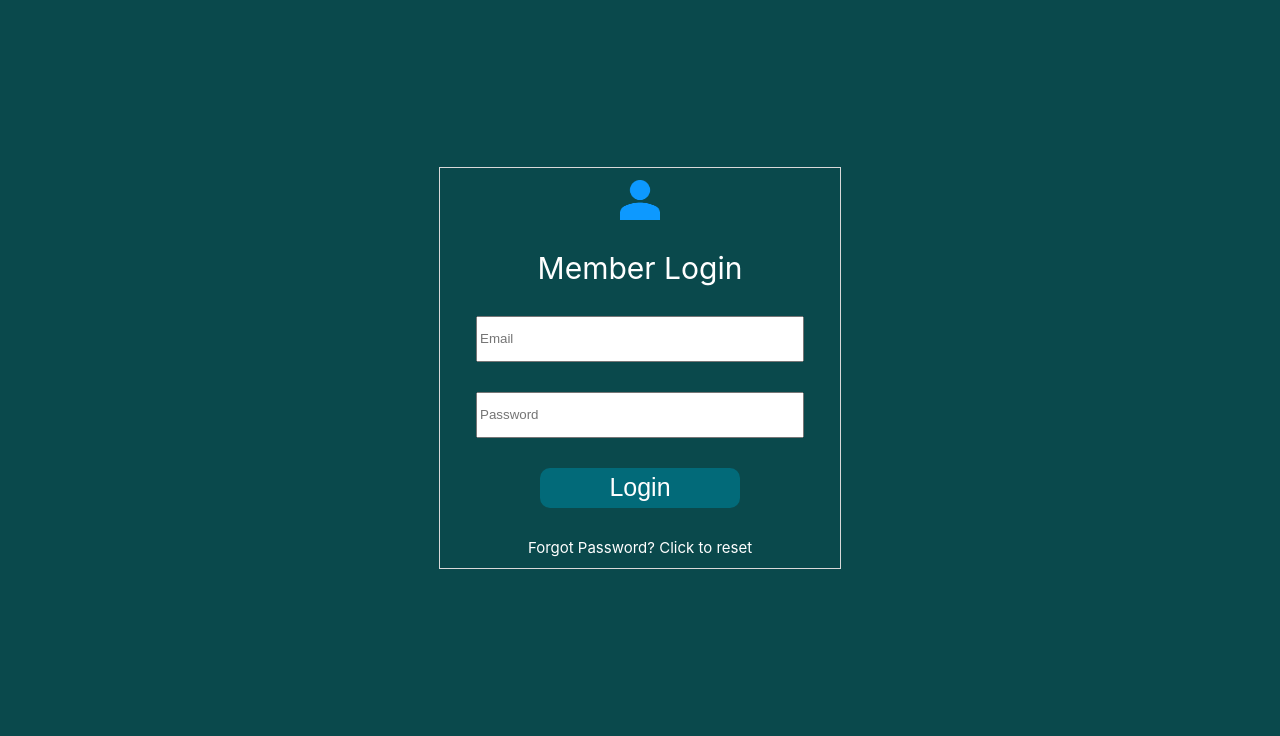
Repository: sheddy1/peter1
Page: work2.html
The author's editor kept a copy of each file at every save. The page is drawn from the files as they stood at one save, then again after the next save.
The browser window is 1280 px wide. The pictures show the whole page.

Above is the page before, as saved 2025-11-08 15:57:48.

After the next save:
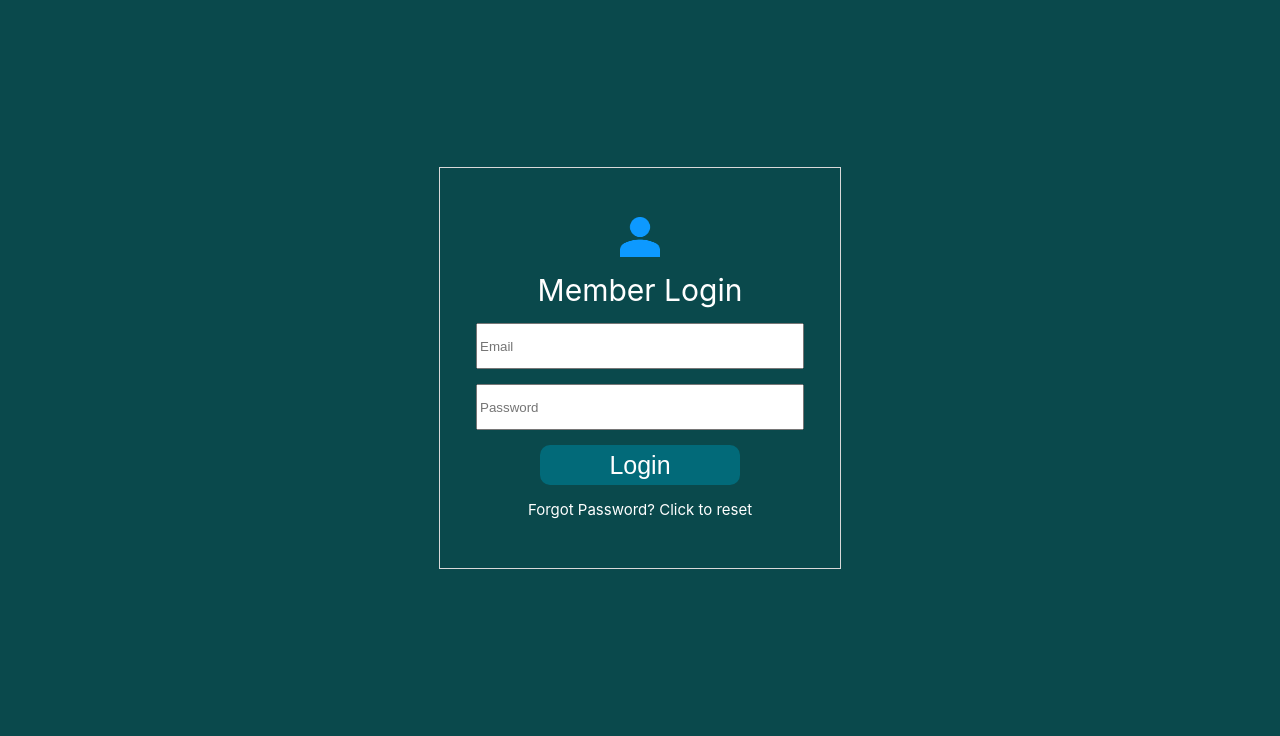
Saved 6 s later.
--- a/work2.css
+++ b/work2.css
@@ -15,7 +15,7 @@ body {
     justify-content: center;
     align-items: center;
     flex-direction: column;
-    gap: 30px;
+    gap: 15px;
 }
 
 .vector{
